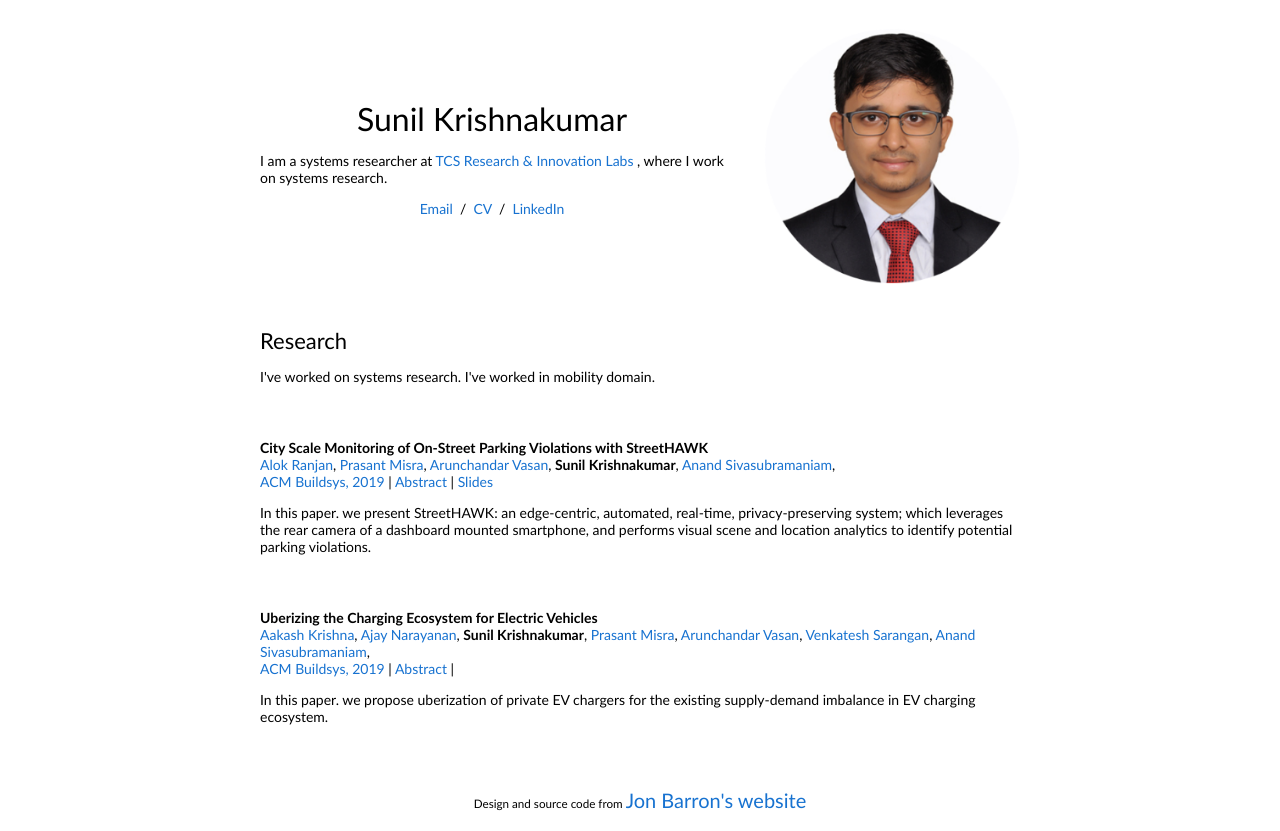
Repository: Sunil-KK/-
Page: index.html
An editor plug-in stored every save of this project. The page is shown before and after the next save, followed by the edit.
The browser window is 1280 px wide. The pictures show the whole page.

Above is the page before, as saved 2020-09-02 02:09:29.

After the next save:
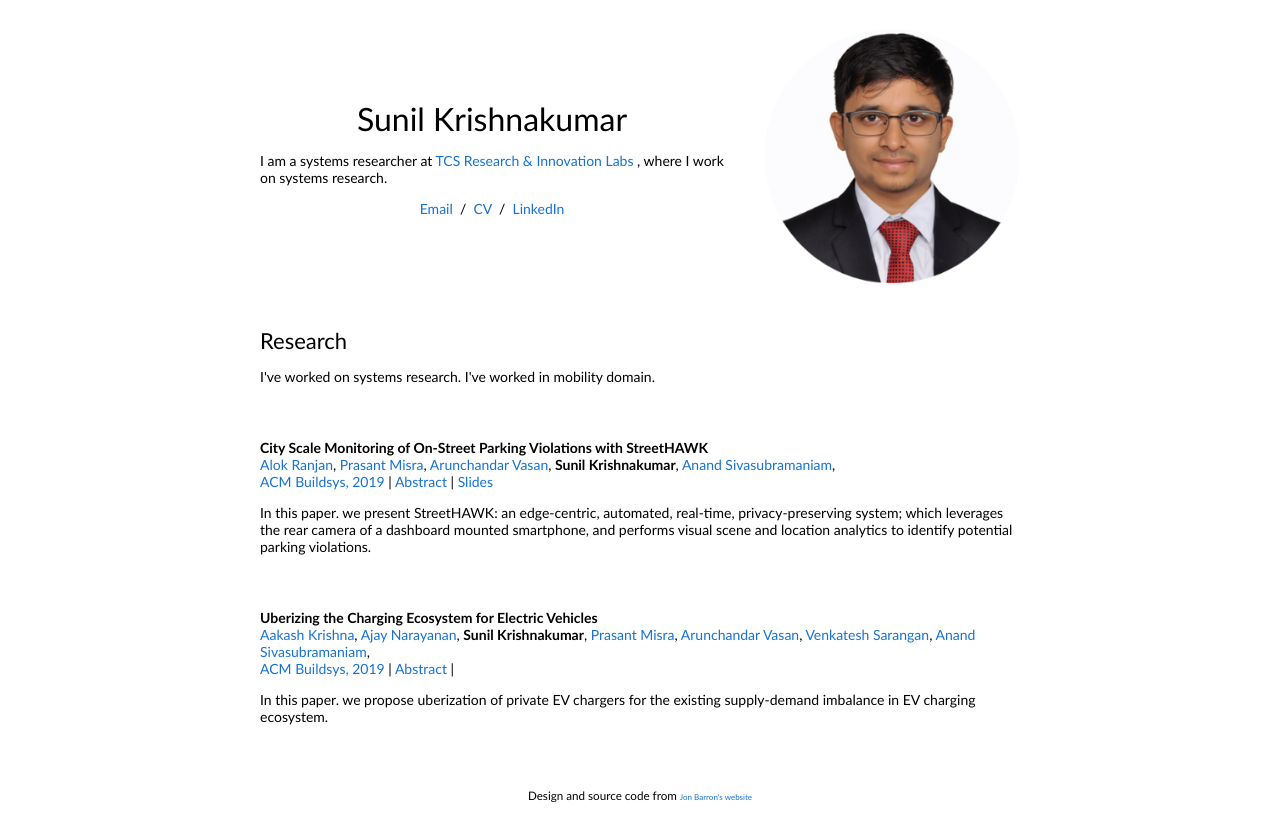
Saved 12 s later.
--- a/index.html
+++ b/index.html
@@ -115,7 +115,7 @@
             <td style="padding:0px">
               <br>
               <p style="text-align:center;font-size:smaller;">
-                Design and source code from <a href="https://github.com/jonbarron/jonbarron_website"style="font-size: 20px ">Jon Barron's website</a>
+                Design and source code from <a href="https://github.com/jonbarron/jonbarron_website"style="font-size: 8px ">Jon Barron's website</a>
                 <br>
               </p>
             </td>
